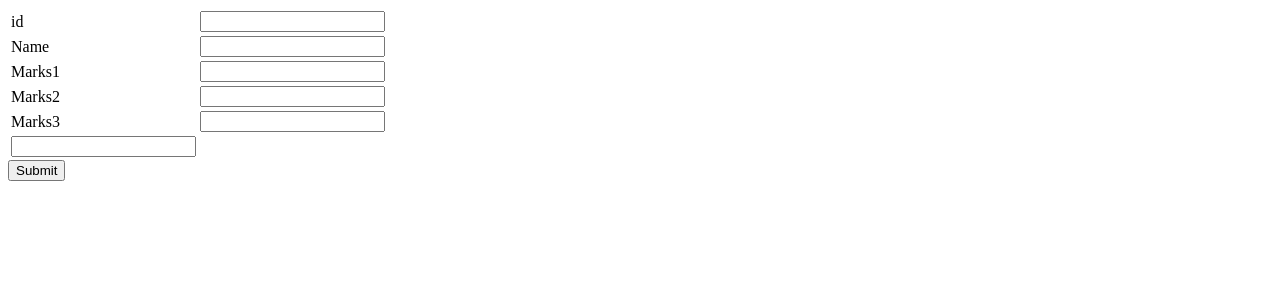
Repository: satyamjha1011/JDBC
Page: add-result/src/main/webapp/index.html
These files come from the project's save history. The page is drawn as it stood at one moment and after the next save; the edit follows.
The browser window is 1280 px wide. The pictures show the whole page.

Above is the page before, as saved 2024-10-10 10:16:49.

### add-result/src/main/webapp/index.html
<!DOCTYPE html>
<html>
<head>
<meta charset="UTF-8">
<title>Insert title here</title>
</head>
<body>
	<form action="/add-result/AddResult">
		<table>
			<tr>
				<td>id</td>
				<td><input type="text" name="id" /></td>
			</tr>

			<tr>
				<td>Name</td>
				<td><input type="text" name="name" /></td>
			</tr>

			<tr>
				<td>Marks1</td>
				<td><input type="text" name="marks1" /></td>
			</tr>

			<tr>
				<td>Marks2</td>
				<td><input type="text" name="marks2" /></td>
			</tr>

			<tr>
				<td>Marks3</td>
				<td><input type="text" name="marks3" /></td>
			</tr>

				<td><input type="text" name="submit"></td>
		</table>
		<input type = "submit" name ="submit"/>
	</form>
</body>
</html>

After the next save:
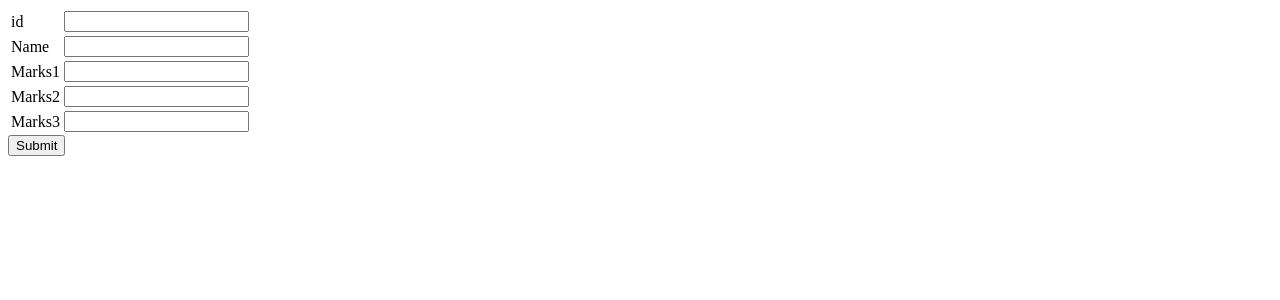
Saved 29 s later.
--- a/add-result/src/main/webapp/index.html
+++ b/add-result/src/main/webapp/index.html
@@ -32,9 +32,8 @@
 				<td><input type="text" name="marks3" /></td>
 			</tr>
 
-				<td><input type="text" name="submit"></td>
 		</table>
-		<input type = "submit" name ="submit"/>
+		<input type="submit" name="submit" />
 	</form>
 </body>
 </html>
